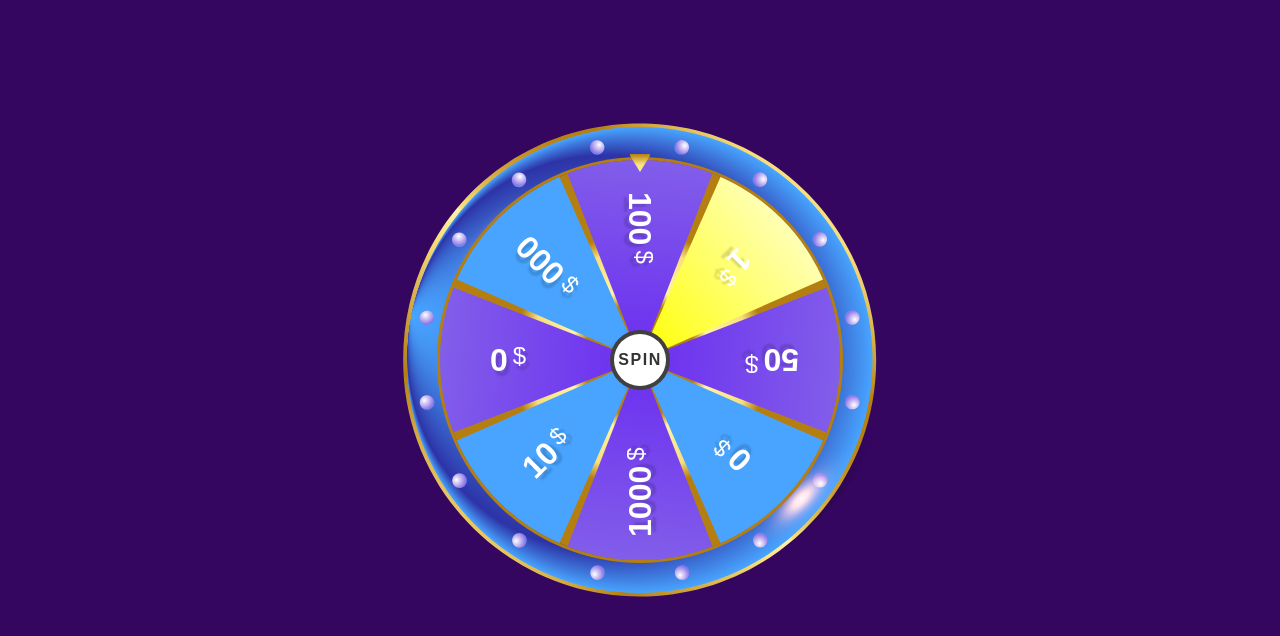
Repository: Jacques-Jaki-Morkel/FundedMarketplace_WheelofFortune
Page: index.html
An editor plug-in stored every save of this project. The page is shown before and after the next save, followed by the edit.
The browser window is 1280 px wide. The pictures show the whole page.

Above is the page before, as saved 2025-08-14 13:38:04.

After the next save:
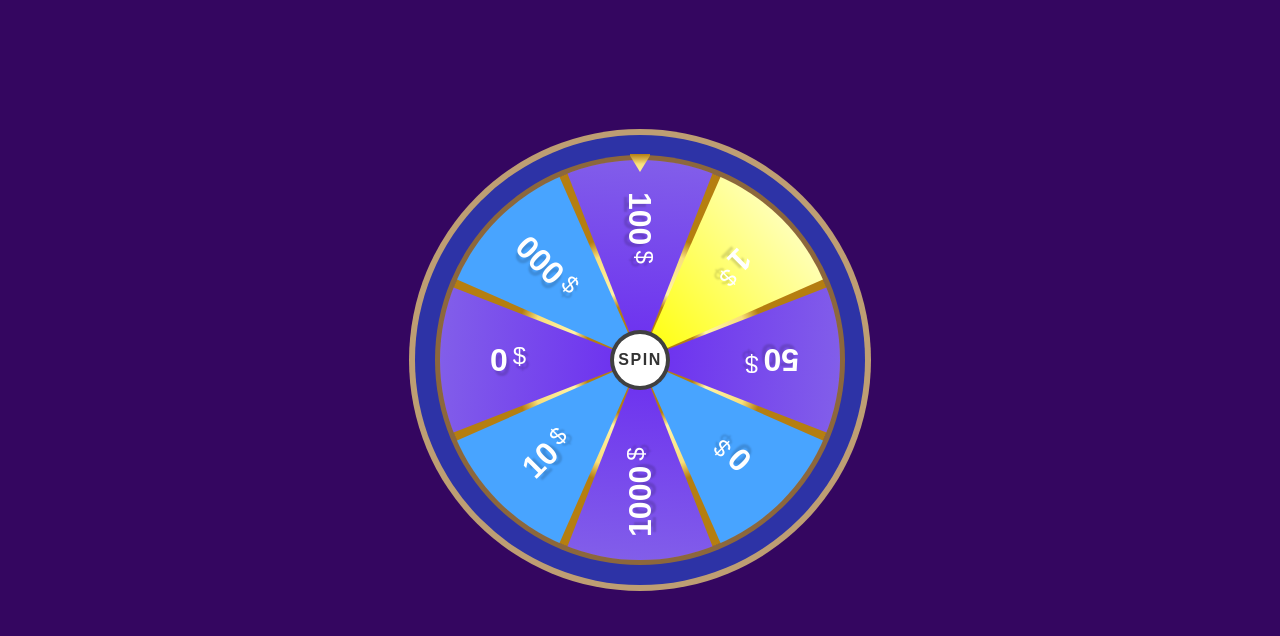
Saved 85 s later.
--- a/styles.css
+++ b/styles.css
@@ -54,29 +54,17 @@ body {
 
 .container .wheel {
     position: absolute;
-    top: 50%;
-    left: 50%;
+    top: 0;
+    left: 0;
     width: 100%;
     height: 100%;
-    transform: translate(-50%, -50%);
+    background: radial-gradient(#b57e10 20% ,#fff3a6  25%, #f9df7b 39%, #b57e10 45%);
     border-radius: 50%;
-    overflow: hidden; /* keeps slices inside the wheel */
-    z-index: 2; /* above frame */
-    background: radial-gradient(#b57e10 20%, #fff3a6 25%, #f9df7b 39%, #b57e10 45%);
-     box-shadow: 0 0 0 3px rgba(181, 126, 16, 1)
+    overflow: hidden;
+    box-shadow: 0 0 0 5px rgba(181, 126, 16, 0.7),
+        0 0 0 25px rgba(45, 51, 166, 1),
+        0 0 0 31px rgba(249, 223, 123, 0.7);
 
-
-}
-
-.wheel-frame {
-    position: absolute;
-    top: 50%;
-    left: 50%;
-    width: 170%; /* bigger than wheel */
-    height: 170%;
-    transform: translate(-50%, -50%);
-    z-index: 1; /* behind the wheel */
-    pointer-events: none; /* allows clicking wheel slices */
 }
 
 
